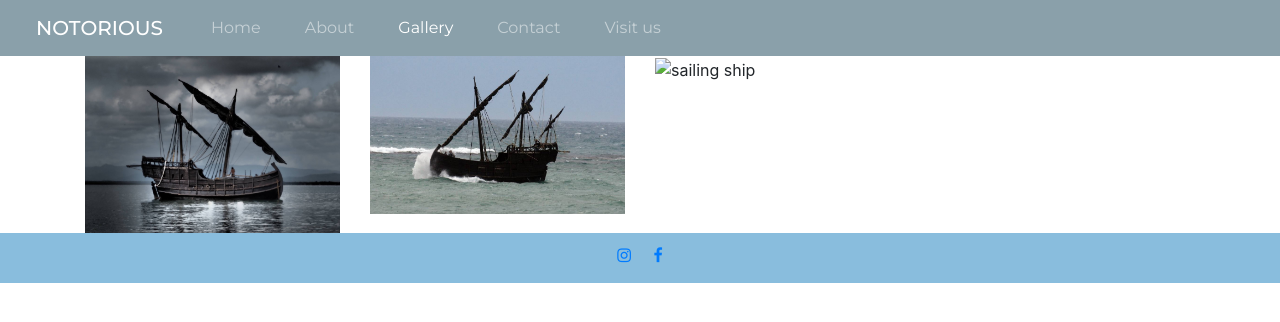
Repository: TSRose/NotorioustheShip
Page: gallery.html
The author's editor kept a record of every edit. The page is drawn from the files as they stood at one moment, then again after the next edit.
The browser window is 1280 px wide. The pictures show the whole page.
Some web libraries are served in a nearby version.

Above is the page before.
Not found: images/onthewater4.jpg

After the next edit:
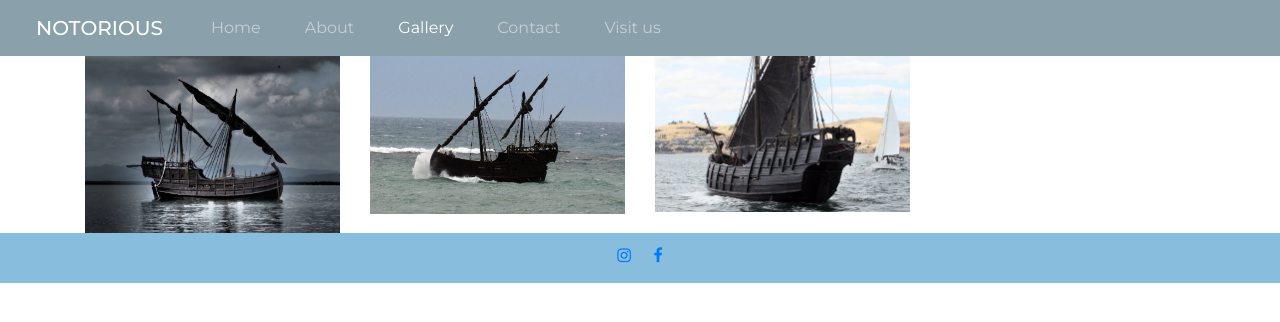
The edit:
--- a/gallery.html
+++ b/gallery.html
@@ -38,7 +38,7 @@
             <div class="col-lg-3 col-md-4 col-xs-6 thumb">
                 <img src="assets/images/onthewater3.jpg" class="zoom img-fluid " alt="sailing ship">
             </div><div class="col-lg-3 col-md-4 col-xs-6 thumb">
-                <img src="images/onthewater4.jpg" class="zoom img-fluid " alt="sailing ship">
+                <img src="assets/images/onthewater4.jpg" class="zoom img-fluid " alt="sailing ship">
             </div>
         </div>
     </div>
